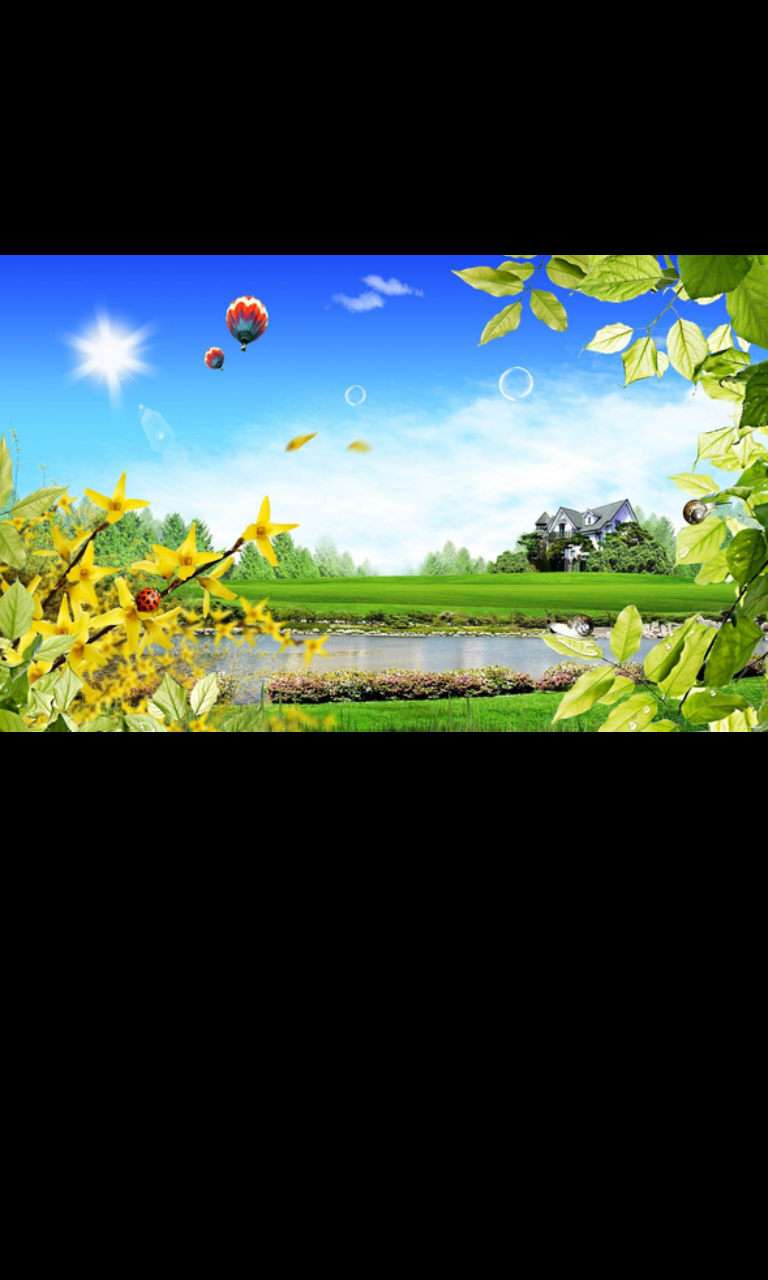
Repository: GuangmingChan/DevelopAndroidApp
Layout: demoImageView/res/layout/main.xml
These files come from the project's save history. The layout is drawn as it stood at one moment and after the next save; the edit follows.
It is drawn on a 768 x 1280 px phone screen (xhdpi) without system bars, with theme android:Theme.Holo; the app's code is not run.

Above is the layout before, as saved 2017-03-13 07:39:20.

### demoImageView/res/layout/main.xml
<?xml version="1.0" encoding="utf-8"?>
<LinearLayout xmlns:android="http://schemas.android.com/apk/res/android"
    android:layout_width="fill_parent"
    android:layout_height="fill_parent"
    android:orientation="vertical" >

    <!--android:adjustViewBounds="true"-->
    <ImageView
        android:src="@drawable/sunshine"

        android:layout_width="fill_parent"
        android:layout_height="wrap_content"
        android:scaleType="fitEnd">
    </ImageView>

</LinearLayout>

After the next save:
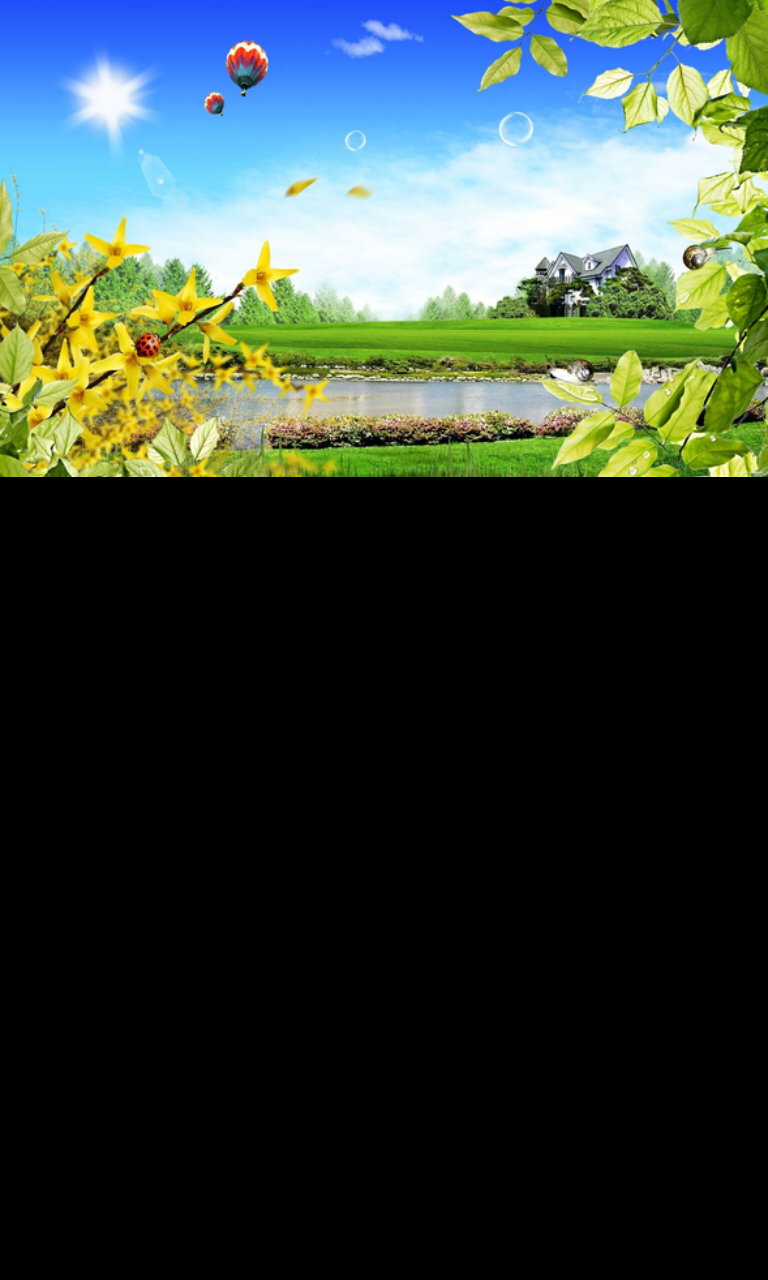
Saved 118 s later.
--- a/demoImageView/res/layout/main.xml
+++ b/demoImageView/res/layout/main.xml
@@ -10,7 +10,7 @@
 
         android:layout_width="fill_parent"
         android:layout_height="wrap_content"
-        android:scaleType="fitEnd">
+        android:scaleType="fitStart">
     </ImageView>
 
 </LinearLayout>
